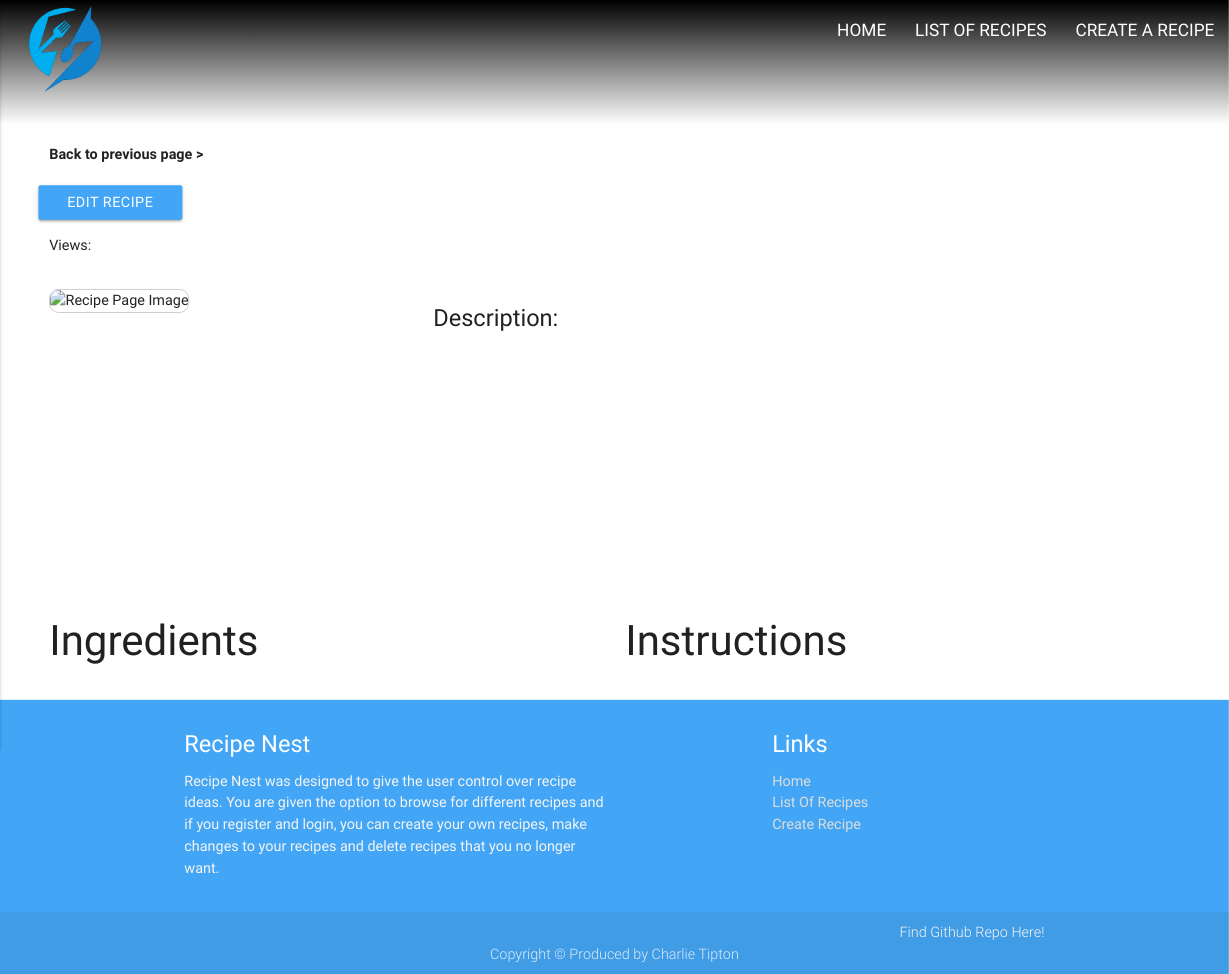
Repository: CharlieJT/Recipes
Page: templates/recipe.html
The author's editor kept a record of every edit. The page is drawn from the files as they stood at one moment, then again after the next edit.
The browser window is 1280 px wide. The pictures show the whole page, at 96% of full size.
Some web libraries are served in a nearby version. The page is served by the project's application, run on Flask 3 (app.py). The template is opened directly, without the code that normally fills it, so the values that code supplies are empty.

Above is the page before.

After the next edit:
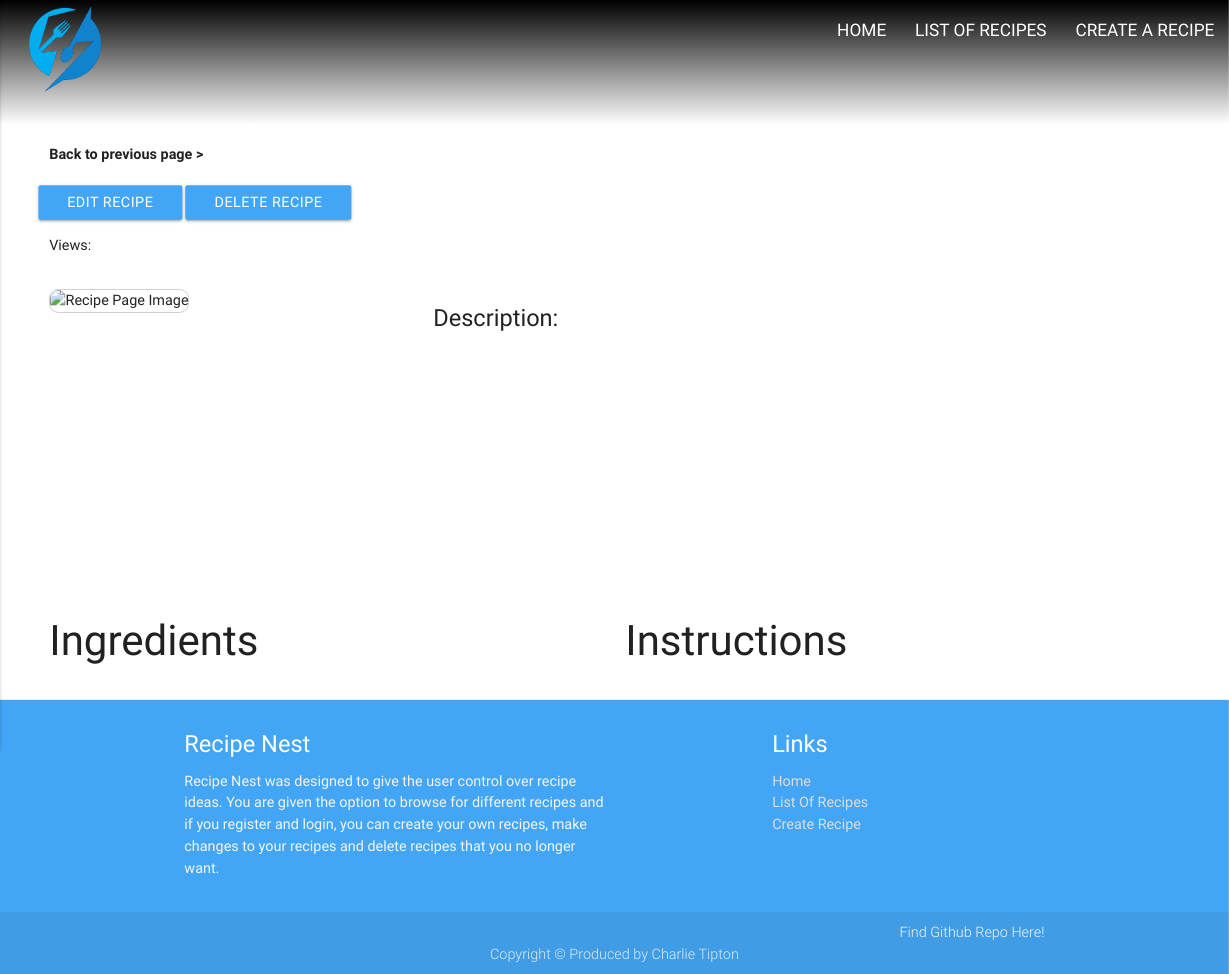
The edit:
--- a/templates/recipe.html
+++ b/templates/recipe.html
@@ -26,7 +26,7 @@
         <!-- Edit and Delete buttons -->
         <div class="col">
             <button class="btn waves-effect waves-light blue lighten-1 create-recipe-submit-button" type="submit" name="action">Edit Recipe</button>
-            <!--<button class="btn waves-effect waves-light blue lighten-1 create-recipe-submit-button" type="submit" name="action">Delete Recipe</button>-->
+            <button class="btn waves-effect waves-light blue lighten-1 create-recipe-submit-button" type="submit" name="action">Delete Recipe</button>
         </div>
         <!-- Views of Recipe -->
         <div class="row">
